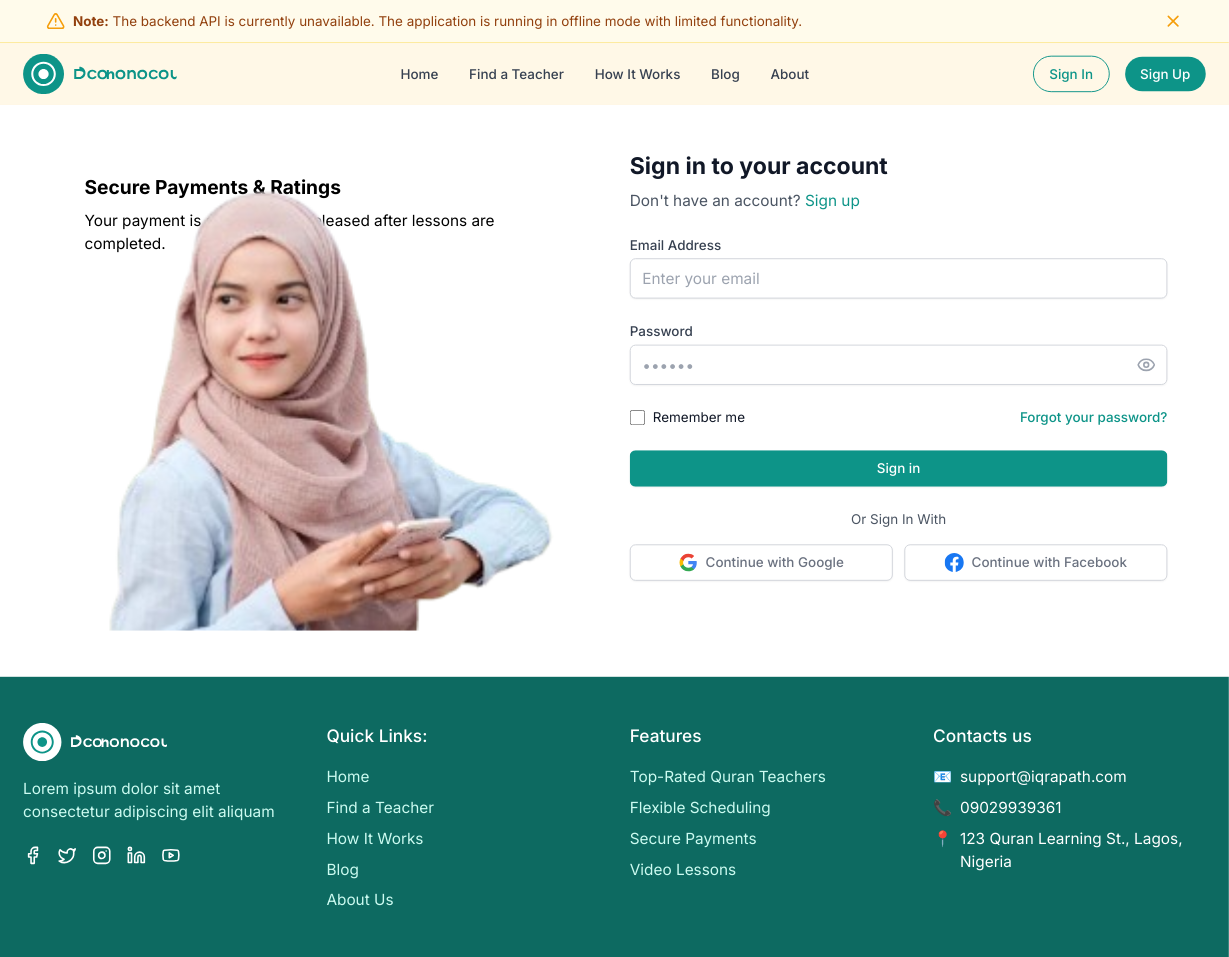
Repository: tafolabi009/originalq
Page: /auth/login
An editor plug-in stored every save of this project. The page is shown before and after the next save, followed by the edit.
The browser window is 1280 px wide. The pictures show the whole page, at 96% of full size.
The page's requests for data from a server got no answer. The project was rebuilt for these pictures with package versions that can differ from the ones it lists, and the page was loaded fresh each time. The framework's server and built-in components were replaced by stand-ins that run in the browser. No one was signed in, and anything a server would have sent is missing. Also part of the build but not shown: next.config.mjs.

Above is the page before, as saved 2025-03-28 20:45:33.

### app/layout.tsx
import type React from "react"
import type { Metadata } from "next"
import { Inter } from "next/font/google"
import "./globals.css"
import { AuthProvider } from "@/contexts/AuthContext"
import { NetworkStatusBanner } from "@/components/ui/network-status-banner"

const inter = Inter({ subsets: ["latin"] })

export const metadata: Metadata = {
  title: "IqraPath - Connect with Expert Quran Teachers",
  description: "Find expert Quran tutors for kids and adults. Learn at your own pace, anytime, anywhere.",
    generator: 'v0.dev'
}

export default function RootLayout({
  children,
}: Readonly<{
  children: React.ReactNode
}>) {
  return (
    <html lang="en">
      <body className={inter.className}>
        <AuthProvider>
          <NetworkStatusBanner />
          {children}
        </AuthProvider>
      </body>
    </html>
  )
}



import './globals.css'

### app/auth/login/page.tsx
"use client"

import type React from "react"

import { useState } from "react"
import { useRouter } from "next/navigation"
import Link from "next/link"
import Image from "next/image"
import { useAuth } from "@/contexts/AuthContext"
import { Header } from "@/components/layout/header"
import { Footer } from "@/components/layout/footer"
import { Eye, EyeOff, Loader2 } from "lucide-react"

export default function LoginPage() {
  const router = useRouter()
  const { login } = useAuth()
  const [isLoading, setIsLoading] = useState(false)
  const [error, setError] = useState("")
  const [showPassword, setShowPassword] = useState(false)
  const [successMessage, setSuccessMessage] = useState("")
  const [formData, setFormData] = useState({
    email: "",
    password: "",
    rememberMe: false,
  })

  const handleChange = (e: React.ChangeEvent<HTMLInputElement>) => {
    const { name, value, type, checked } = e.target
    setFormData((prev) => ({
      ...prev,
      [name]: type === "checkbox" ? checked : value,
    }))
  }

  const handleSubmit = async (e: React.FormEvent) => {
    e.preventDefault()
    setError("")

    if (!formData.email || !formData.password) {
      setError("Email and password are required")
      return
    }

    setIsLoading(true)

    try {
      const { success, message } = await login(formData.email, formData.password)

      if (success) {
        setSuccessMessage(message)
        setTimeout(() => {
          router.push("/dashboard")
        }, 1500)
      } else {
        setError(message)
      }
    } catch (err) {
      console.error("Login error:", err)
      setError("An unexpected error occurred. The API may be unavailable. Please try again later.")
    } finally {
      setIsLoading(false)
    }
  }

  return (
    <div className="min-h-screen flex flex-col">
      <Header />
      <main className="flex-1 py-12 px-4 sm:px-6 lg:px-8 bg-white">
        <div className="max-w-6xl mx-auto">
          <div className="grid grid-cols-1 md:grid-cols-2 gap-8">
            {/* Left side - Image and text */}
            <div className="bg-[transparent] rounded-lg overflow-hidden">
              <div className="relative h-full">
                <div className="h-full flex flex-col">
                  <div className="relative flex-1 min-h-[500px]">
                    <Image
                      src="/images/female-teacher.png"
                      alt="Female Teacher"
                      fill
                      className="object-cover"
                    />
                    <div className="p-6 bg-[transparant] text-black">
                    <h3 className="text-xl font-bold mb-2">Secure Payments & Ratings</h3>
                    <p>Your payment is safe and only released after lessons are completed.</p>
                  </div>
                  </div>
                </div>
              </div>
            </div>

            {/* Right side - Login form */}
            <div>
              <h2 className="text-2xl font-bold text-gray-900 mb-2">Sign in to your account</h2>
              <p className="text-gray-600 mb-6">
                Don't have an account?{" "}
                <Link href="/auth/register" className="text-[#0D9488]">
                  Sign up
                </Link>
              </p>

              {error && (
                <div className="bg-red-50 border-l-4 border-red-500 p-4 mb-6">
                  <div className="flex">
                    <div className="ml-3">
                      <p className="text-sm text-red-700">{error}</p>
                    </div>
                  </div>
                </div>
              )}

              {successMessage && (
                <div className="bg-green-50 border-l-4 border-green-500 p-4 mb-6">
                  <div className="flex">
                    <div className="ml-3">
                      <p className="text-sm text-green-700">{successMessage}</p>
                    </div>
                  </div>
                </div>
              )}

              <form onSubmit={handleSubmit} className="space-y-6">
                <div>
                  <label htmlFor="email" className="block text-sm font-medium text-gray-700 mb-1">
                    Email Address
                  </label>
                  <input
                    id="email"
                    name="email"
                    type="email"
                    autoComplete="email"
                    required
                    className="block w-full px-3 py-2 border border-gray-300 rounded-md shadow-sm focus:outline-none focus:ring-teal-500 focus:border-teal-500"
                    placeholder="Enter your email"
                    value={formData.email}
                    onChange={handleChange}
                    disabled={isLoading}
                  />
                </div>

                <div>
                  <label htmlFor="password" className="block text-sm font-medium text-gray-700 mb-1">
                    Password
                  </label>
                  <div className="relative">
                    <input
                      id="password"
                      name="password"
                      type={showPassword ? "text" : "password"}
                      autoComplete="current-password"
                      required
                      className="block w-full px-3 py-2 border border-gray-300 rounded-md shadow-sm focus:outline-none focus:ring-teal-500 focus:border-teal-500"
                      placeholder="••••••"
                      value={formData.password}
                      onChange={handleChange}
                      disabled={isLoading}
                    />
                    <button
                      type="button"
                      className="absolute inset-y-0 right-0 pr-3 flex items-center"
                      onClick={() => setShowPassword(!showPassword)}
                    >
                      {showPassword ? (
                        <EyeOff className="h-5 w-5 text-gray-400" />
                      ) : (
                        <Eye className="h-5 w-5 text-gray-400" />
                      )}
                    </button>
                  </div>
                </div>

                <div className="flex items-center justify-between">
                  <div className="flex items-center">
                    <input
                      id="rememberMe"
                      name="rememberMe"
                      type="checkbox"
                      className="h-4 w-4 text-teal-600 focus:ring-teal-500 border-gray-300 rounded"
                      checked={formData.rememberMe}
                      onChange={handleChange}
                    />
                    <label htmlFor="rememberMe" className="ml-2 block text-sm text-gray-900">
                      Remember me
                    </label>
                  </div>

                  <div className="text-sm">
                    <Link href="/auth/forgot-password" className="font-medium text-[#0D9488]">
                      Forgot your password?
                    </Link>
                  </div>
                </div>

                <button
                  type="submit"
                  disabled={isLoading}
                  className="w-full flex justify-center py-2 px-4 border border-transparent rounded-md shadow-sm text-sm font-medium text-white bg-[#0D9488] hover:bg-teal-700 focus:outline-none focus:ring-2 focus:ring-offset-2 focus:ring-teal-500 disabled:opacity-50"
                >
                  {isLoading ? (
                    <>
                      <Loader2 className="animate-spin -ml-1 mr-2 h-4 w-4" />
                      Signing in...
                    </>
                  ) : (
                    "Sign in"
                  )}
                </button>
              </form>

              <div className="mt-6 text-center">
                <p className="text-sm text-gray-600">Or Sign In With</p>
                <div className="mt-4 grid grid-cols-2 gap-3">
                  <button
                    type="button"
                    className="w-full inline-flex justify-center py-2 px-4 border border-gray-300 rounded-md shadow-sm bg-white text-sm font-medium text-gray-500 hover:bg-gray-50"
                  >
                    <svg className="w-5 h-5 mr-2" viewBox="0 0 24 24" fill="none">
                      <path
                        d="M22.56 12.25c0-.78-.07-1.53-.2-2.25H12v4.26h5.92c-.26 1.37-1.04 2.53-2.21 3.31v2.77h3.57c2.08-1.92 3.28-4.74 3.28-8.09z"
                        fill="#4285F4"
                      />
                      <path
                        d="M12 23c2.97 0 5.46-.98 7.28-2.66l-3.57-2.77c-.98.66-2.23 1.06-3.71 1.06-2.86 0-5.29-1.93-6.16-4.53H2.18v2.84C3.99 20.53 7.7 23 12 23z"
                        fill="#34A853"
                      />
                      <path
                        d="M5.84 14.09c-.22-.66-.35-1.36-.35-2.09s.13-1.43.35-2.09V7.07H2.18C1.43 8.55 1 10.22 1 12s.43 3.45 1.18 4.93l2.85-2.22.81-.62z"
                        fill="#FBBC05"
                      />
                      <path
                        d="M12 5.38c1.62 0 3.06.56 4.21 1.64l3.15-3.15C17.45 2.09 14.97 1 12 1 7.7 1 3.99 3.47 2.18 7.07l3.66 2.84c.87-2.6 3.3-4.53 6.16-4.53z"
                        fill="#EA4335"
                      />
                    </svg>
                    Continue with Google
                  </button>
                  <button
                    type="button"
                    className="w-full inline-flex justify-center py-2 px-4 border border-gray-300 rounded-md shadow-sm bg-white text-sm font-medium text-gray-500 hover:bg-gray-50"
                  >
                    <svg className="w-5 h-5 mr-2" fill="#1877F2" viewBox="0 0 24 24">
                      <path d="M24 12.073c0-6.627-5.373-12-12-12s-12 5.373-12 12c0 5.99 4.388 10.954 10.125 11.854v-8.385H7.078v-3.47h3.047V9.43c0-3.007 1.792-4.669 4.533-4.669 1.312 0 2.686.235 2.686.235v2.953H15.83c-1.491 0-1.956.925-1.956 1.874v2.25h3.328l-.532 3.47h-2.796v8.385C19.612 23.027 24 18.062 24 12.073z" />
                    </svg>
                    Continue with Facebook
                  </button>
                </div>
              </div>
            </div>
          </div>
        </div>
      </main>
      <Footer />
    </div>
  )
}

### components/ui/network-status-banner.tsx
"use client"

import { useState, useEffect } from "react"
import { AlertTriangle, X } from "lucide-react"

export function NetworkStatusBanner() {
  const [isApiAvailable, setIsApiAvailable] = useState(true)
  const [isVisible, setIsVisible] = useState(false)
  const apiUrl = process.env.NEXT_PUBLIC_API_URL || "http://localhost/api"

  useEffect(() => {
    const checkApiStatus = async () => {
      try {
        const response = await fetch(`${apiUrl}/ping.php`, {
          method: "GET",
          headers: {
            "Content-Type": "application/json",
          },
          signal: AbortSignal.timeout(3000),
        })

        const data = await response.json()
        setIsApiAvailable(response.ok && data.status === "success")
        setIsVisible(!response.ok || data.status !== "success")
      } catch (error) {
        console.warn("API check failed:", error)
        setIsApiAvailable(false)
        setIsVisible(true)
      }
    }

    checkApiStatus()

    // Check API status periodically
    const intervalId = setInterval(checkApiStatus, 60000) // Check every minute

    return () => clearInterval(intervalId)
  }, [apiUrl])

  if (!isVisible) return null

  return (
    <div className="bg-amber-50 border-b border-amber-200 px-4 py-3">
      <div className="container mx-auto flex items-center justify-between">
        <div className="flex items-center">
          <AlertTriangle className="h-5 w-5 text-amber-500 mr-2" />
          <p className="text-sm text-amber-800">
            <strong>Note:</strong> The backend API is currently unavailable. The application is running in offline mode
            with limited functionality.
          </p>
        </div>
        <button
          onClick={() => setIsVisible(false)}
          className="text-amber-500 hover:text-amber-700"
          aria-label="Dismiss"
        >
          <X className="h-5 w-5" />
        </button>
      </div>
    </div>
  )
}

### tailwind.config.ts
import type { Config } from "tailwindcss"

const config: Config = {
  content: [
    "./pages/**/*.{js,ts,jsx,tsx,mdx}",
    "./components/**/*.{js,ts,jsx,tsx,mdx}",
    "./app/**/*.{js,ts,jsx,tsx,mdx}",
    "*.{js,ts,jsx,tsx,mdx}",
  ],
  theme: {
    container: {
      center: true,
      padding: "2rem",
      screens: {
        "2xl": "1400px",
      },
    },
    extend: {
      colors: {
        border: "hsl(var(--border))",
        input: "hsl(var(--input))",
        ring: "hsl(var(--ring))",
        background: "hsl(var(--background))",
        foreground: "hsl(var(--foreground))",
        primary: {
          DEFAULT: "hsl(var(--primary))",
          foreground: "hsl(var(--primary-foreground))",
        },
        secondary: {
          DEFAULT: "hsl(var(--secondary))",
          foreground: "hsl(var(--secondary-foreground))",
        },
        destructive: {
          DEFAULT: "hsl(var(--destructive))",
          foreground: "hsl(var(--destructive-foreground))",
        },
        muted: {
          DEFAULT: "hsl(var(--muted))",
          foreground: "hsl(var(--muted-foreground))",
        },
        accent: {
          DEFAULT: "hsl(var(--accent))",
          foreground: "hsl(var(--accent-foreground))",
        },
        popover: {
          DEFAULT: "hsl(var(--popover))",
          foreground: "hsl(var(--popover-foreground))",
        },
        card: {
          DEFAULT: "hsl(var(--card))",
          foreground: "hsl(var(--card-foreground))",
        },
      },
      borderRadius: {
        lg: "var(--radius)",
        md: "calc(var(--radius) - 2px)",
        sm: "calc(var(--radius) - 4px)",
      },
      keyframes: {
        "accordion-down": {
          from: { height: "0" },
          to: { height: "var(--radix-accordion-content-height)" },
        },
        "accordion-up": {
          from: { height: "var(--radix-accordion-content-height)" },
          to: { height: "0" },
        },
      },
      animation: {
        "accordion-down": "accordion-down 0.2s ease-out",
        "accordion-up": "accordion-up 0.2s ease-out",
      },
    },
  },
  plugins: [require("tailwindcss-animate")],
}

export default config

Loaded but not shown: lib/utils.ts (common file); contexts/AuthContext.tsx (326 lines, source omitted); components/layout/header.tsx (188 lines, source omitted); app/globals.css (263 lines, source omitted); components/layout/footer.tsx (108 lines, source omitted)

After the next save:
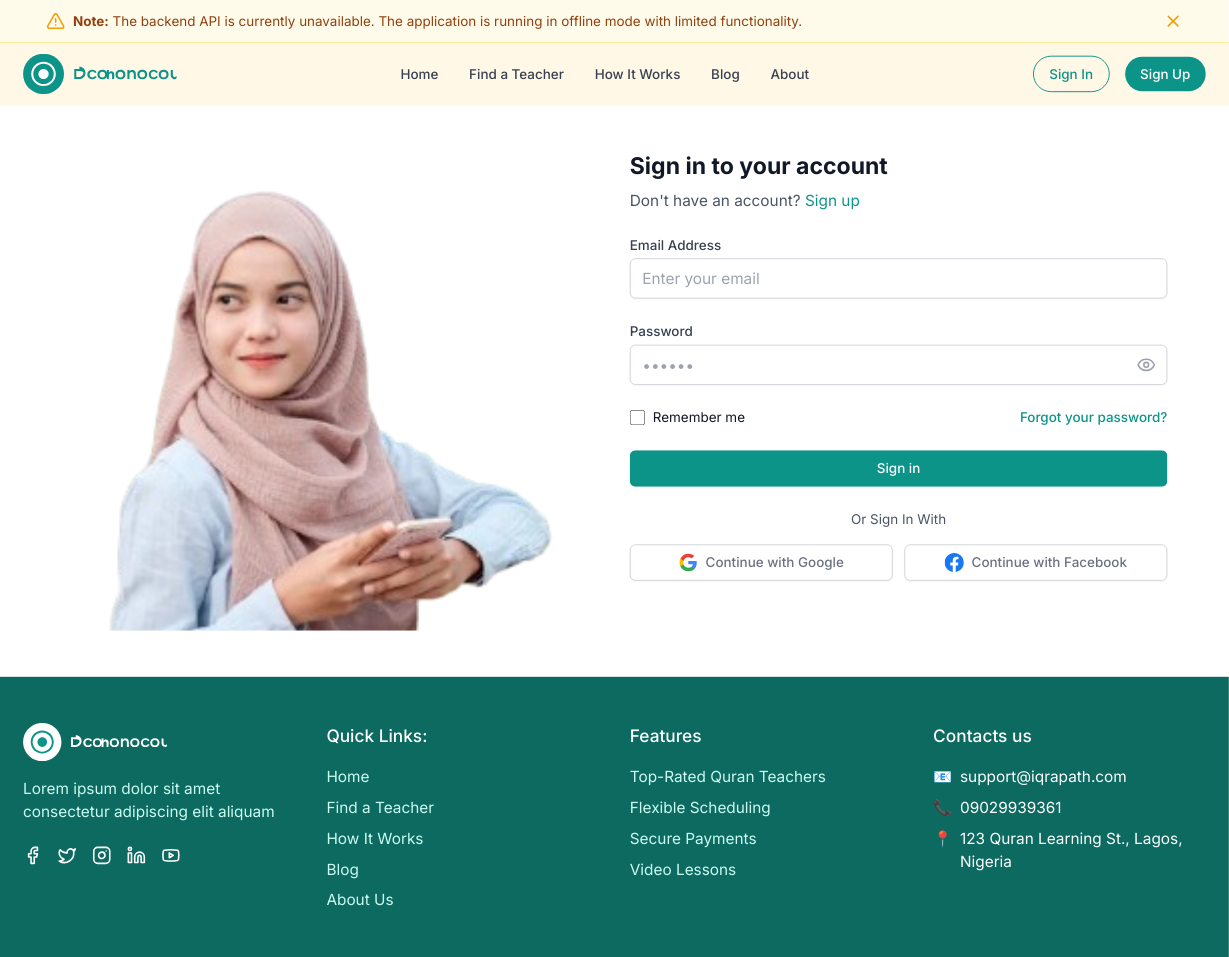
Saved 18 s later.
--- a/app/auth/login/page.tsx
+++ b/app/auth/login/page.tsx
@@ -79,10 +79,7 @@ export default function LoginPage() {
                       fill
                       className="object-cover"
                     />
-                    <div className="p-6 bg-[transparant] text-black">
-                    <h3 className="text-xl font-bold mb-2">Secure Payments & Ratings</h3>
-                    <p>Your payment is safe and only released after lessons are completed.</p>
-                  </div>
+
                   </div>
                 </div>
               </div>

After the 2 saves that followed:
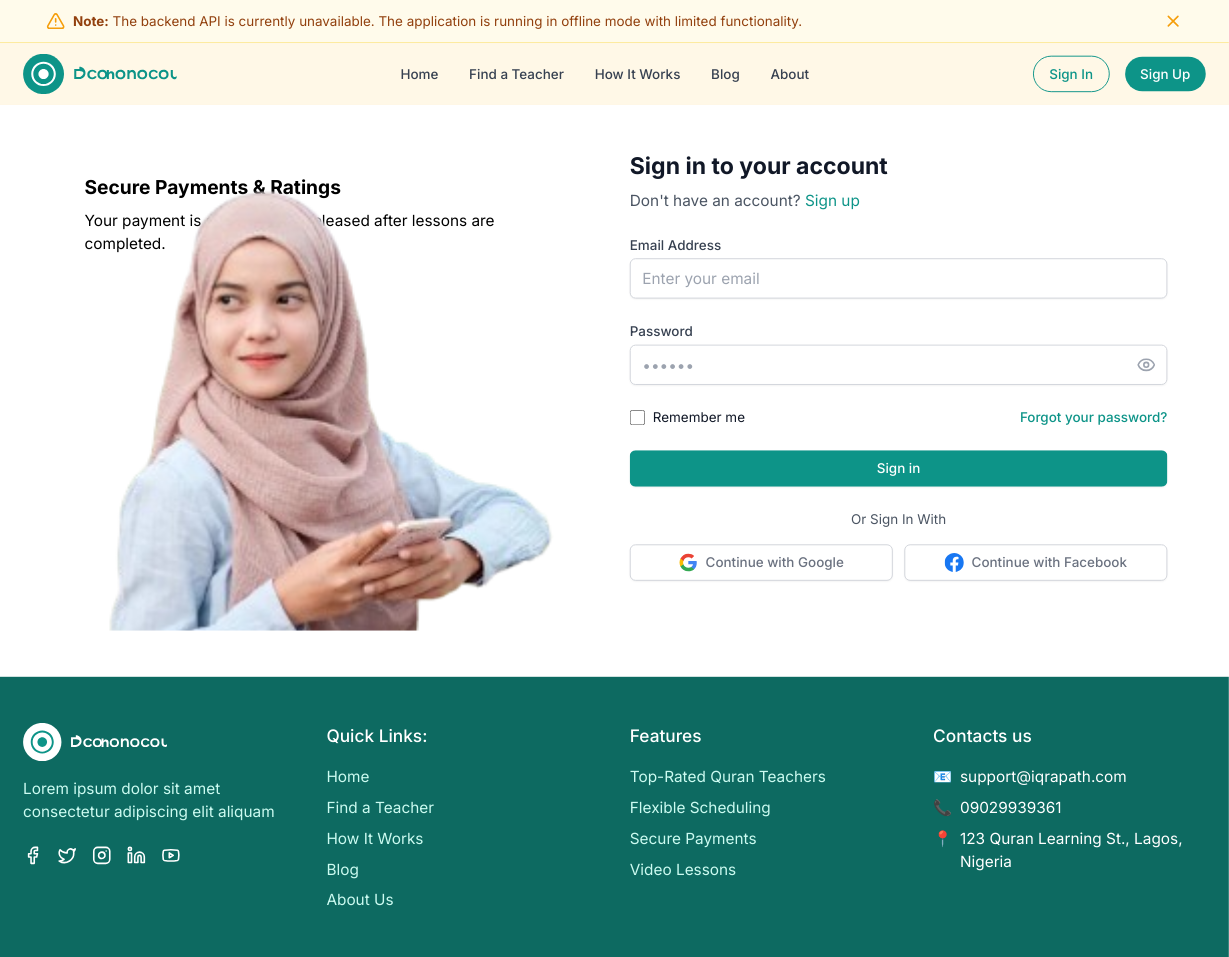
The 2 saves are shown as one change because they came seconds apart.
The last was saved 6 s later.
--- a/app/auth/login/page.tsx
+++ b/app/auth/login/page.tsx
@@ -73,6 +73,10 @@ export default function LoginPage() {
               <div className="relative h-full">
                 <div className="h-full flex flex-col">
                   <div className="relative flex-1 min-h-[500px]">
+                    <div className="p-6 bg-[transparant] text-black">
+                    <h3 className="text-xl font-bold mb-2">Secure Payments & Ratings</h3>
+                    <p>Your payment is safe and only released after lessons are completed.</p>
+                  </div>
                     <Image
                       src="/images/female-teacher.png"
                       alt="Female Teacher"
